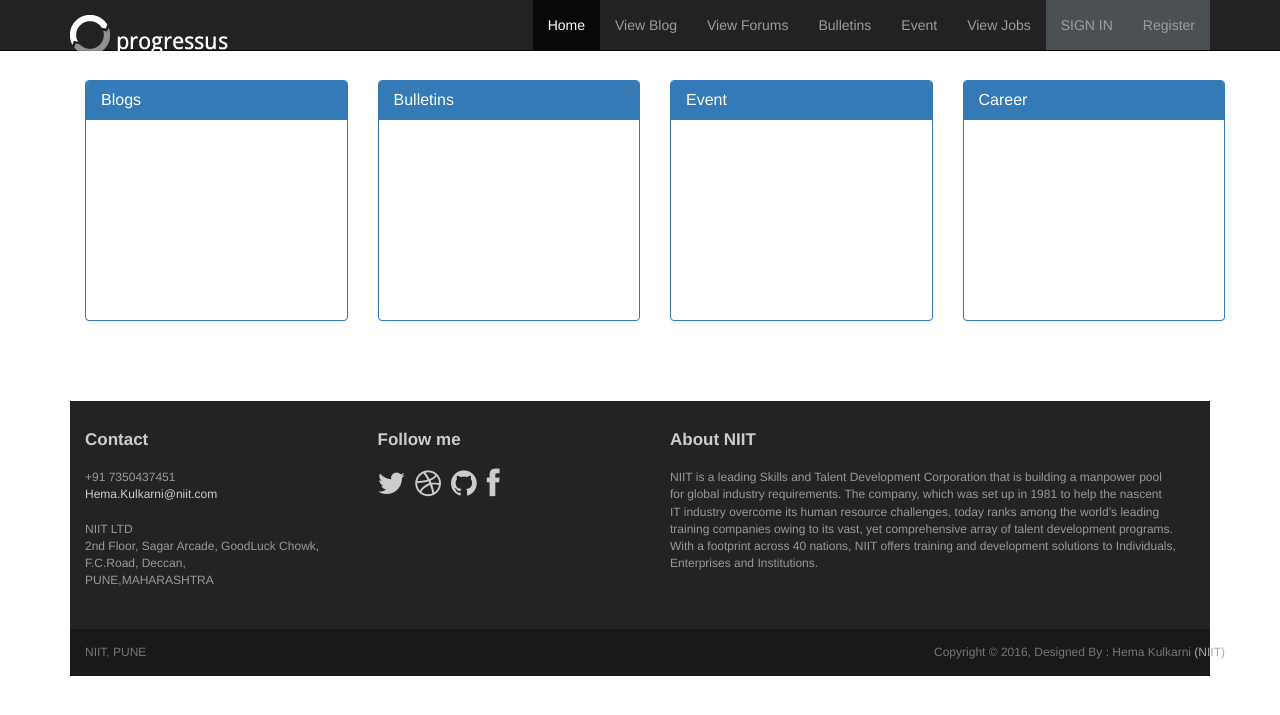
Repository: hemavkulkarni/NIITCollabrationPortal
Page: CollaborationFrontEndJava/src/main/webapp/index.html
The author's editor kept a copy of each file at every save. The page is drawn from the files as they stood at one save, then again after the next save.
The browser window is 1280 px wide. The pictures show the whole page.
The page's requests for data from a server got no answer. Some web fonts or font styles are not loaded; a fallback is used.

Above is the page before, as saved 2016-12-12 06:53:27.

After the next save:
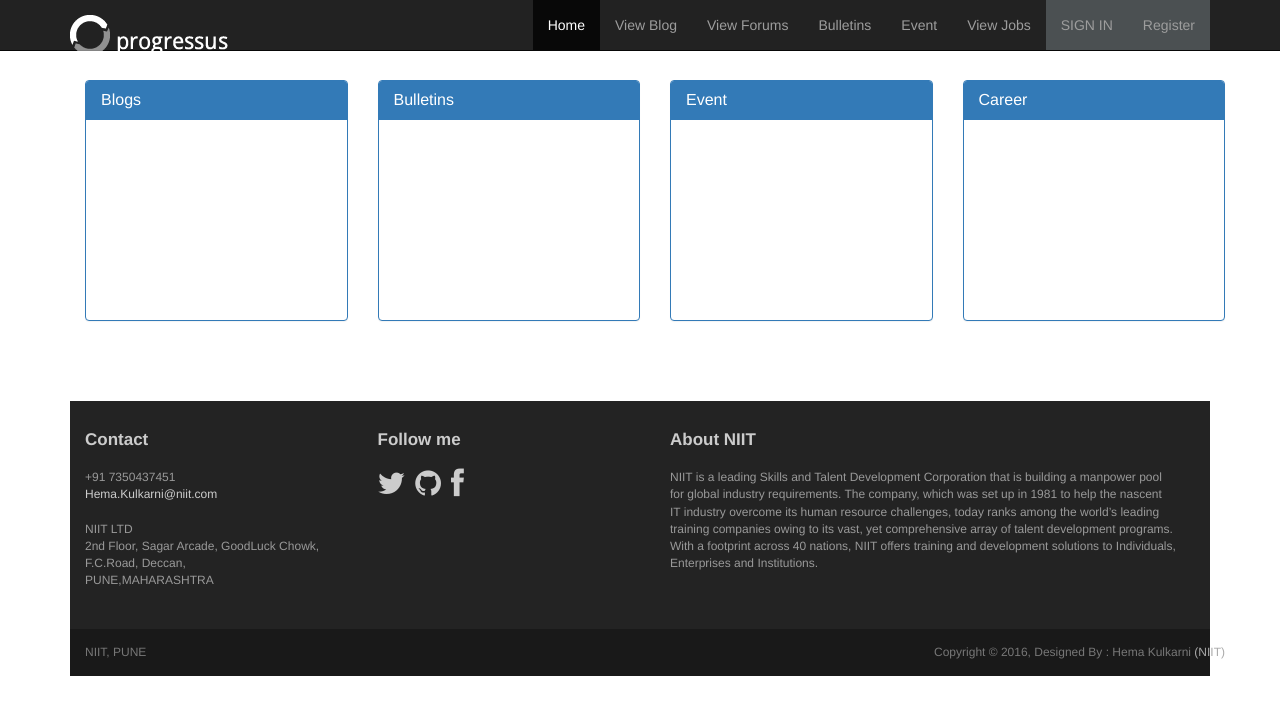
Saved 22 s later.
--- a/CollaborationFrontEndJava/src/main/webapp/index.html
+++ b/CollaborationFrontEndJava/src/main/webapp/index.html
@@ -160,7 +160,6 @@
 						<div class="widget-body">
 							<p class="follow-me-icons">
 								<a href="#/home"><i class="fa fa-twitter fa-2"></i></a>
-								<a href="#/home"><i class="fa fa-dribbble fa-2"></i></a>
 								<a href="https://github.com/hemavkulkarni"><i class="fa fa-github fa-2"></i></a>
 								<a href="#/home"><i class="fa fa-facebook fa-2"></i></a>
 							</p>
